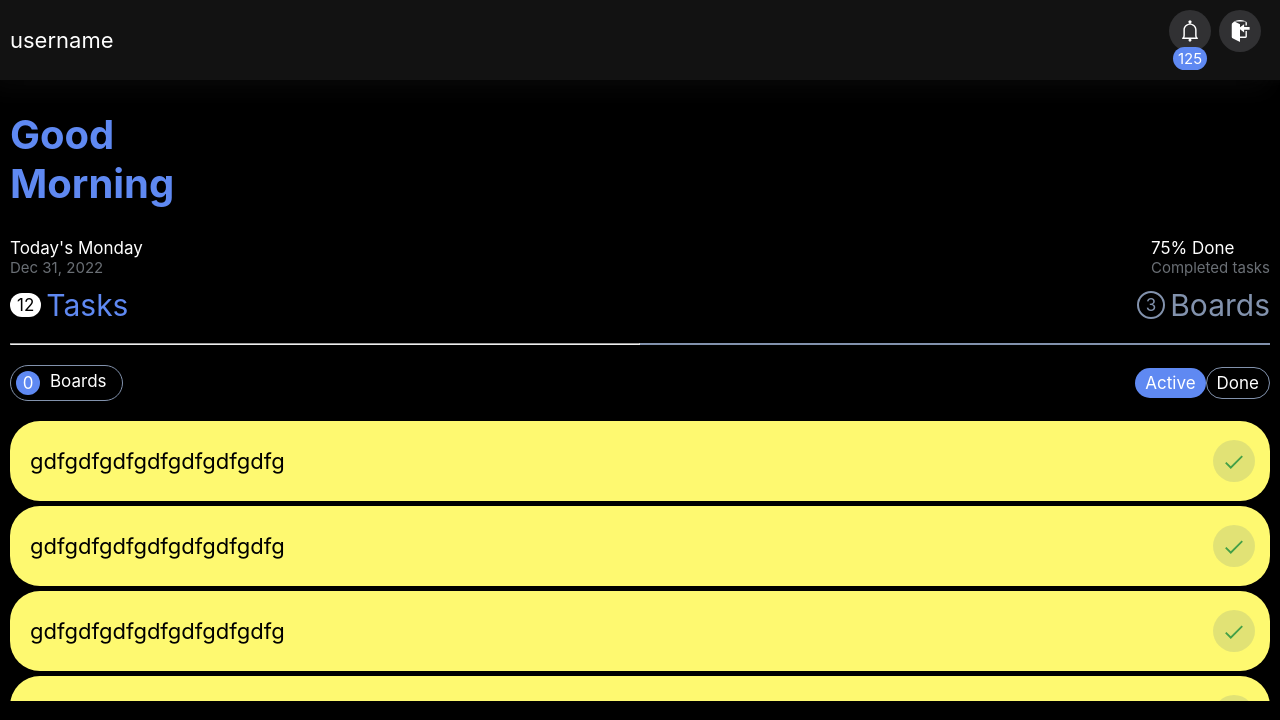
Repository: ShindanoSingi/todo-app
Page: /
The author's editor kept a copy of each file at every save. The page is drawn from the files as they stood at one save, then again after the next save.
The browser window is 1280 px wide. The pictures show the whole page.
The project was rebuilt for these pictures with package versions that can differ from the ones it lists, and the page was loaded fresh each time. Also part of the build but not shown: src/pages/LandingPage.js.

Above is the page before, as saved 2023-01-01 19:29:20.

### src/index.css
* {
  font-size: 22px;
  margin: 0;
  padding: 0;
}

body {
  margin: 0;
  padding: 0;
  font-family: -apple-system, BlinkMacSystemFont, 'Segoe UI', 'Roboto', 'Oxygen',
    'Ubuntu', 'Cantarell', 'Fira Sans', 'Droid Sans', 'Helvetica Neue',
    sans-serif;
  -webkit-font-smoothing: antialiased;
  -moz-osx-font-smoothing: grayscale;
}

code {
  font-family: source-code-pro, Menlo, Monaco, Consolas, 'Courier New',
    monospace;
}

.signin-icon-signin-text-container {
  display: flex;
  align-items: center;
  flex-direction: column;
}

.bell-icon-bell-num-container {
  display: flex;
  flex-direction: column;
  align-items: center;
  margin-left: 20px;
}

.signin-text {
  display: none;
}

.bell-num,
.signin-text {
  font-size: 15px;
}

.bell-num {
  text-align: center;
  color: #fff;
  padding: 2px 5px;
  background-color: #5f89f2;
  border-radius: 50px;
  margin-top: -5px;
}

.bell-icon,
.signin-icon {
  color: white;
  padding: 10px;
  border-radius: 50px;
  background-color: #313133;
}

div.signin-icon-signin-text-container:hover p.signin-text {
  display: block;
}

.bell-icon-signin-container {
  display: grid;
  grid-template-columns: 60px 60px;
}

.username,
.signin-text {
  color: #fff;
}

.nav-bar {
  display: flex;
  align-items: center;
  justify-content: space-between;
  padding: 10px;
  background: #121212;
  box-shadow: -11px 11px 22px #070707, 11px -11px 22px #1d1d1d;
}

h1 {
  position: absolute;
  top: 10%;
  z-index: 1;
}

h2 {
  font-size: 40px;
  color: #5f89f2;
}

.salutation-container {
  margin-top: 30px;
  padding-left: 10px;
}

.day,
.percent,
.small-boards,
.done,
.active {
  font-size: 17px;
  color: #ffffff;
}

.date,
.completed {
  font-size: 15px;
  color: #6a6f75;
}

.day-to-percent-container {
  display: flex;
  justify-content: space-between;
  padding: 10px;
  margin-top: 20px;
}

.tasks-num {
  text-align: center;
  font-size: 17px;
  background: #ffff;
  padding: 2px 7px;
  border-radius: 50px;
  height: 20px;
}

.tasks {
  font-size: 30px;
  font-weight: light;
  color: #5f89f2;
}

.boards-num {
  font-size: 17px;
  color: #8292ad;
  border: 2px solid #8292ad;
  padding: 2px 7px;
  border-radius: 50px;
  height: 20px;
}

.big-boards {
  font-size: 30px;
  font-weight: light;
  color: #8292ad;
}

.tasks-num-tasks-container,
.boards-num-boards-container {
  display: flex;
  align-items: center;
  gap: 5px;
}

.line-tasks {
  width: 50%;
}

.line-boards {
  width: 50%;
  border: 1px solid #8292ad;
}

.line-tasks-ine-boards-container {
  display: flex;
  justify-content: space-between;
  /* margin-top: 10px; */
  padding: 0 10px;
}

.tasks-to-boards-container {
  display: flex;
  justify-content: space-between;
  padding: 0 10px;
}

.num-boards {
  font-size: 17px;
  text-align: center;
  color: #fff;
  background: #5f89f2;
  padding: 2px;
  border-radius: 50px;
  height: 20px;
  width: 20px;
}

.small-boards {
  color: #fff;
}

.num-boards-small-boards-container {
  display: flex;
  gap: 10px;
  border: 1px solid #8292ad;
  padding: 5px;
  border-radius: 50px;
  padding-right: 15px;
}

.active {
  text-align: center;
  background: #5f89f2;
  padding: 0px 10px;
  border-radius: 50px;
  padding: 5px 10px;
}

.done {
  display: flex;
  gap: 10px;
  border: 1px solid #8292ad;
  border-radius: 50px;
  padding: 5px 10px;
}

.active-done-container {
  display: flex;
  align-items: center;
}

.num-boards-to-small-boards-container {
  display: flex;
  justify-content: space-between;
  align-items: center;
  padding: 0 10px;
}

.task-title {
  word-wrap: break-word;
  padding: 5px;
  width: 80%;
}

.check-circle-icon {
  color: white;
  padding: 10px;
  border-radius: 50px;
  background: rgba(121, 141, 139, 0.21);
}

.todo-card {
  margin: 0 10px;
  padding: 15px;
  min-height: 50px;
  border-radius: 30px;
  display: flex;
  align-items: center;
  justify-content: space-between;
}

.todos-container {
  display: flex;
  flex-direction: column;
  gap: 5px;
  max-height: 280px;
  overflow-y: scroll;
}

.main {
  display: flex;
  flex-direction: column;
  gap: 20px;
}

/* Credit: Cole McCombs; */
.landing-page-wrapper {
  height: 100%;
  display: flex;
  flex-direction: column;
  align-items: center;
  justify-content: center;
}

/* Credit: Cole McCombs; */
.button {
  min-width: 150px;
  min-height: 40px;
  font-family: 'Nunito', sans-serif;
  font-size: 22px;
  text-transform: uppercase;
  letter-spacing: 1.3px;
  font-weight: 700;
  color: #313133;
  background: #37b7ff;
  background: linear-gradient(
    90deg,
    rgb(59, 123, 190) 0%,
    rgb(29, 181, 228) 100%
  );
  border: none;
  border-radius: 1000px;
  box-shadow: 12px 12px 24px rgba(28, 120, 186, 0.64);
  transition: all 0.3s ease-in-out 0s;
  cursor: pointer;
  outline: none;
  position: absolute;
  top: 85%;
  padding: 10px;
}

/* Credit: Cole McCombs; */
button::before {
  content: '';
  border-radius: 1000px;
  min-width: calc(150px + 12px);
  min-height: calc(40px + 12px);
  border: 6px solid #008cff;
  box-shadow: 0 0 60px rgba(25, 150, 233, 0.64);
  position: absolute;
  top: 50%;
  left: 50%;
  transform: translate(-50%, -50%);
  opacity: 0;
  transition: all 0.3s ease-in-out 0s;
}

/* Credit: Cole McCombs; */
.button:hover,
.button:focus {
  color: #bfbfd4;
  transform: translateY(-6px);
}

/* Credit: Cole McCombs; */
button:hover::before,
button:focus::before {
  opacity: 1;
}

/* Credit: Cole McCombs; */
button::after {
  content: '';
  width: 30px;
  height: 30px;
  border-radius: 100%;
  border: 6px solid #0f8bdd;
  position: absolute;
  z-index: -1;
  top: 50%;
  left: 50%;
  transform: translate(-50%, -50%);
  animation: ring 1.5s infinite;
}

/* Credit: Cole McCombs; */
button:hover::after,
button:focus::after {
  animation: none;
  display: none;
}

/* Credit: Cole McCombs; */
@keyframes ring {
  0% {
    width: 20px;
    height: 20px;
    opacity: 1;
  }
  100% {
    width: 150px;
    height: 150px;
    opacity: 0;
  }
}

.landing-page-image {
  position: fixed;
  width: 100%;
  height: 100%;
}

.landing-page-image {
  -webkit-animation: anim 8s infinite linear;
  animation: anim 8s infinite linear;
}

@-webkit-keyframes anim {
  from {
    -webkit-transform: rotateY(0deg);
  }
  to {
    -webkit-transform: rotateY(90deg);
  }
}

@keyframes anim {
  from {
    transform: rotateY(90deg);
  }
  to {
    transform: rotateY(0deg);
  }
}

.container {
  height: 100%;
  width: 100%;
  position: fixed;
  background-color: #000000;
}

### src/App.js
import Todos from './pages/Todos'

import LandingPage from './pages/LandingPage'

function App() {
  return (
    <div className="">
      {/* <LandingPage /> */}
      <Todos />
    </div>
  )
}

export default App

### src/pages/Todos.js
import React from 'react'
import checkbox from '../assests/check.svg'
import { RxBell } from 'react-icons/rx'
import { GoSignIn } from 'react-icons/go'
import { FcCheckmark } from 'react-icons/fc'

function Todos() {
    let color = "#FEF970"
    return (
        <div className='container'>
            <div className='todos-wrapper'>
                <nav className='nav-bar'>
                    <p className='username'>username</p>
                    <div className='bell-icon-signin-container'>
                        <div className='bell-icon-bell-num-container'>
                            <RxBell className='bell-icon' />
                            <p className='bell-num'>125</p>
                        </div>
                        <div className='signin-icon-signin-text-container'>
                            <GoSignIn className='signin-icon' />
                            <p className='signin-text'>Sign In</p>
                        </div>

                    </div>
                </nav>
                <div className='salutation-container'>
                    <h2 className='good-text'>Good</h2>
                    <h2 className='morning-text'>Morning</h2>
                </div>

                <div className='day-to-percent-container'>
                    <div className='day-date-container'>
                        <p className='day'>Today's Monday</p>
                        <p className='date'>Dec 31, 2022</p>
                    </div>
                    <div className='percent-completed-container'>
                        <p className='percent'>75% Done</p>
                        <p className='completed'>Completed tasks</p>
                    </div>
                </div>
                <main className='main'>
                    <div className='tasks-to-boards-container'>
                        <div className='tasks-num-tasks-container'>
                            <p className='tasks-num'>12</p>
                            <p className='tasks'>Tasks</p>
                        </div>
                        <div className='boards-num-boards-container'>
                            <p className='boards-num'>3</p>
                            <p className='big-boards'>Boards</p>
                        </div>
                    </div>
                    <div className='line-tasks-ine-boards-container'>
                        <hr className='line-tasks' />
                        <hr className='line-boards' />
                    </div>

                    <div className='num-boards-to-small-boards-container'>
                        <div className='num-boards-small-boards-container'>
                            <p className='num-boards'>0</p>
                            <p className='small-boards'>Boards</p>
                        </div>
                        <div className='active-done-container'>
                            <p className='active'>Active</p>
                            <p className='done'>Done</p>
                        </div>
                    </div>
                    <div className='todos-container'>
                        <div className='todo-card' style={{ backgroundColor: color }}>
                            <p className='task-title'>gdfgdfgdfgdfgdfgdfgdfg</p>
                            < FcCheckmark className='check-circle-icon' />
                        </div>
                        <div className='todo-card' style={{ backgroundColor: color }}>
                            <p className='task-title'>gdfgdfgdfgdfgdfgdfgdfg</p>
                            < FcCheckmark className='check-circle-icon' />
                        </div>
                        <div className='todo-card' style={{ backgroundColor: color }}>
                            <p className='task-title'>gdfgdfgdfgdfgdfgdfgdfg</p>
                            < FcCheckmark className='check-circle-icon' />
                        </div>
                        <div className='todo-card' style={{ backgroundColor: color }}>
                            <p className='task-title'>gdfgdfgdfgdfgdfgdfgdfg</p>
                            < FcCheckmark className='check-circle-icon' />
                        </div>
                        <div className='todo-card' style={{ backgroundColor: color }}>
                            <p className='task-title'>gdfgdfgdfgdfgdfgdfgdfg</p>
                            < FcCheckmark className='check-circle-icon' />
                        </div>
                        <div className='todo-card' style={{ backgroundColor: color }}>
                            <p className='task-title'>gdfgdfgdfgdfgdfgdfgdfg</p>
                            < FcCheckmark className='check-circle-icon' />
                        </div>
                        <div className='todo-card' style={{ backgroundColor: color }}>
                            <p className='task-title'>gdfgdfgdfgdfgdfgdfgdfg</p>
                            < FcCheckmark className='check-circle-icon' />
                        </div>
                        <div className='todo-card' style={{ backgroundColor: color }}>
                            <p className='task-title'>gdfgdfgdfgdfgdfgdfgdfg</p>
                            < FcCheckmark className='check-circle-icon' />
                        </div>
                        <div className='todo-card' style={{ backgroundColor: color }}>
                            <p className='task-title'>gdfgdfgdfgdfgdfgdfgdfg</p>
                            < FcCheckmark className='check-circle-icon' />
                        </div>
                        <div className='todo-card' style={{ backgroundColor: color }}>
                            <p className='task-title'>gdfgdfgdfgdfgdfgdfgdfg</p>
                            < FcCheckmark className='check-circle-icon' />
                        </div>
                        <div className='todo-card' style={{ backgroundColor: color }}>
                            <p className='task-title'>gdfgdfgdfgdfgdfgdfgdfg</p>
                            < FcCheckmark className='check-circle-icon' />
                        </div>
                        <div className='todo-card' style={{ backgroundColor: color }}>
                            <p className='task-title'>gdfgdfgdfgdfgdfgdfgdfg</p>
                            < FcCheckmark className='check-circle-icon' />
                        </div>
                        <div className='todo-card' style={{ backgroundColor: color }}>
                            <p className='task-title'>gdfgdfgdfgdfgdfgdfgdfg</p>
                            < FcCheckmark className='check-circle-icon' />
                        </div>
                        <div className='todo-card' style={{ backgroundColor: color }}>
                            <p className='task-title'>gdfgdfgdfgdfgdfgdfgdfg</p>
                            < FcCheckmark className='check-circle-icon' />
                        </div>
                        <div className='todo-card' style={{ backgroundColor: color }}>
                            <p className='task-title'>gdfgdfgdfgdfgdfgdfgdfg</p>
                            < FcCheckmark className='check-circle-icon' />
                        </div>
                        <div className='todo-card' style={{ backgroundColor: color }}>
                            <p className='task-title'>gdfgdfgdfgdfgdfgdfgdfg</p>
                            < FcCheckmark className='check-circle-icon' />
                        </div>
                        <div className='todo-card' style={{ backgroundColor: color }}>
                            <p className='task-title'>gdfgdfgdfgdfgdfgdfgdfg</p>
                            < FcCheckmark className='check-circle-icon' />
                        </div>
                        <div className='todo-card' style={{ backgroundColor: color }}>
                            <p className='task-title'>gdfgdfgdfgdfgdfgdfgdfg</p>
                            < FcCheckmark className='check-circle-icon' />
                        </div>
                        <div className='todo-card' style={{ backgroundColor: color }}>
                            <p className='task-title'>gdfgdfgdfgdfgdfgdfgdfg</p>
                            < FcCheckmark className='check-circle-icon' />
                        </div>
                        <div className='todo-card' style={{ backgroundColor: color }}>
                            <p className='task-title'>gdfgdfgdfgdfgdfgdfgdfg</p>
                            < FcCheckmark className='check-circle-icon' />
                        </div>
                        <div className='todo-card' style={{ backgroundColor: color }}>
                            <p className='task-title'>gdfgdfgdfgdfgdfgdfgdfg</p>
                            < FcCheckmark className='check-circle-icon' />
                        </div>
                        <div className='todo-card' style={{ backgroundColor: color }}>
                            <p className='task-title'>gdfgdfgdfgdfgdfgdfgdfg</p>
                            < FcCheckmark className='check-circle-icon' />
                        </div>

                    </div>

                </main>
            </div>
        </div>
    )
}

export default Todos

Loaded but not shown: public/index.html (common file); src/index.js (common file); src/reportWebVitals.js (common file)

After the next save:
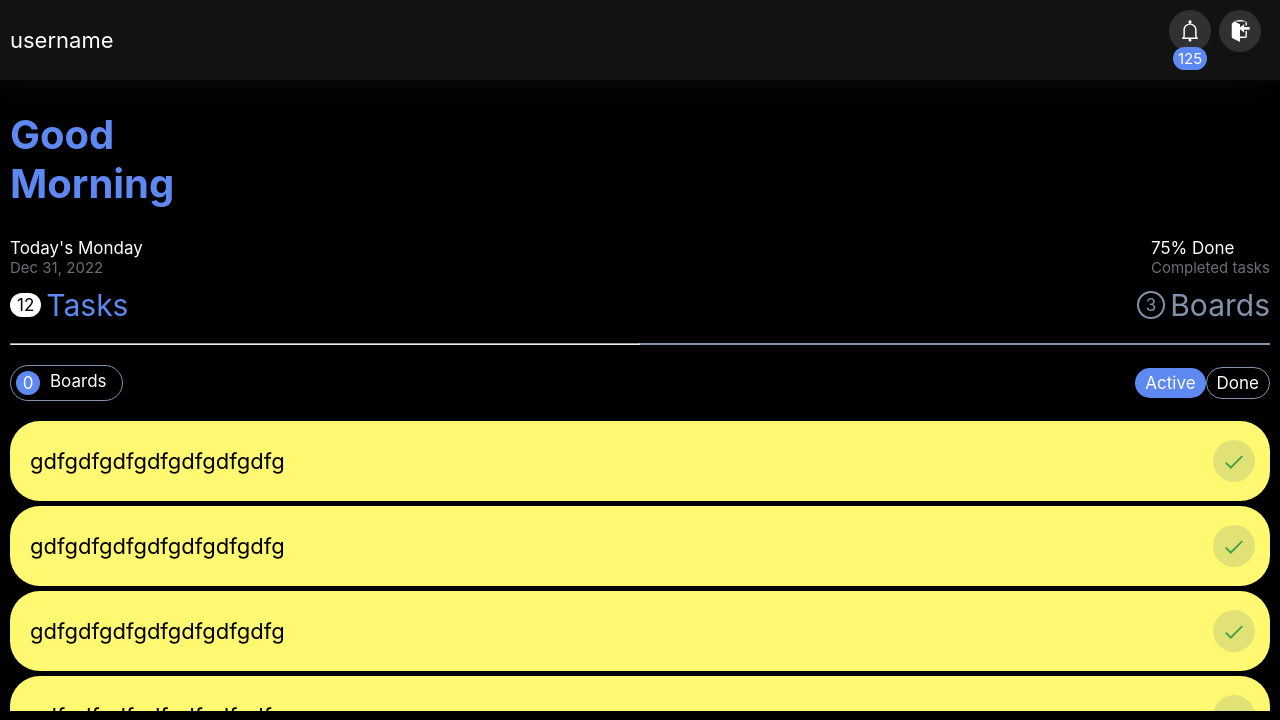
Saved 4 s later.
--- a/src/index.css
+++ b/src/index.css
@@ -257,7 +257,7 @@ h2 {
   display: flex;
   flex-direction: column;
   gap: 5px;
-  max-height: 280px;
+  max-height: 290px;
   overflow-y: scroll;
 }
 
